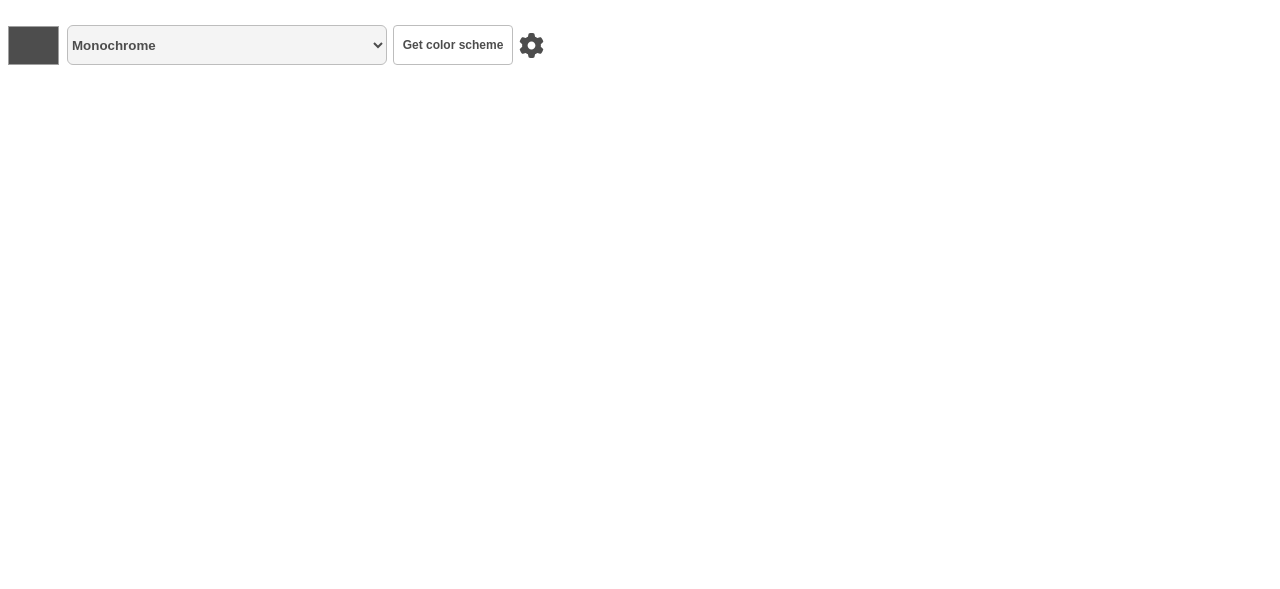
Repository: RadziSzop/colorPicker
Page: index.html
The author's editor kept a copy of each file at every save. The page is drawn from the files as they stood at one save, then again after the next save.
The browser window is 1280 px wide. The pictures show the whole page.

Above is the page before, as saved 2022-03-04 22:56:21.

After the next save:
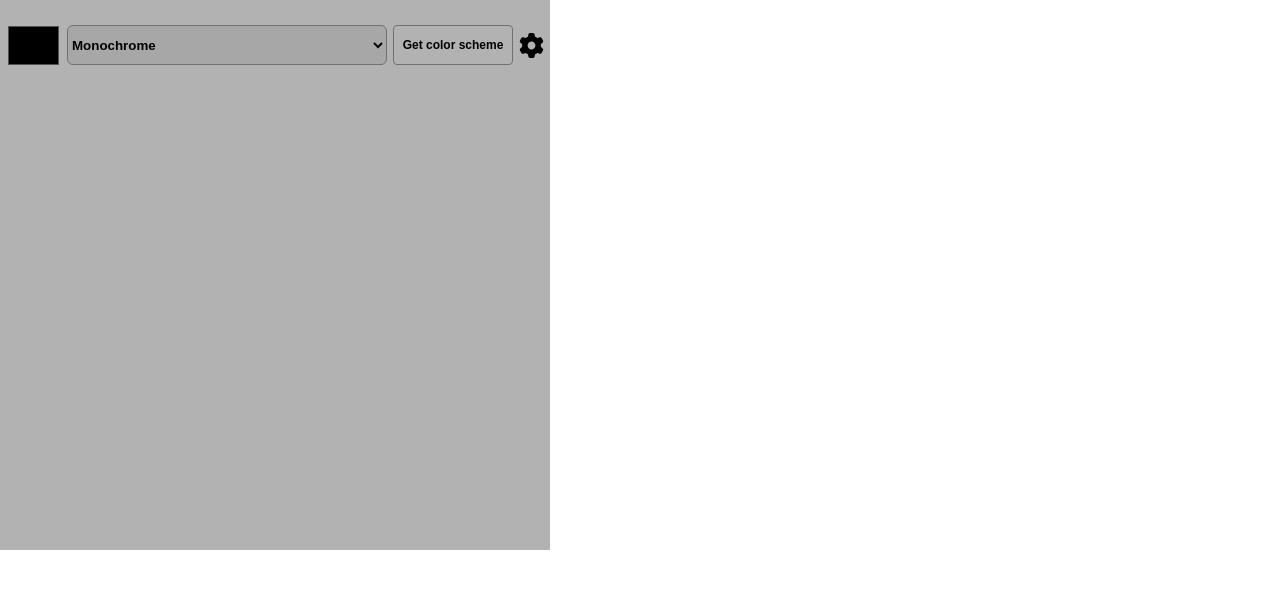
Saved 8 s later.
--- a/style.css
+++ b/style.css
@@ -99,5 +99,5 @@
   position: fixed;
   height: 550px;
   width: 550px;
-  background-color: rgba(255, 255, 255, 0.3);
+  background-color: rgba(0, 0, 0, 0.3);
 }
